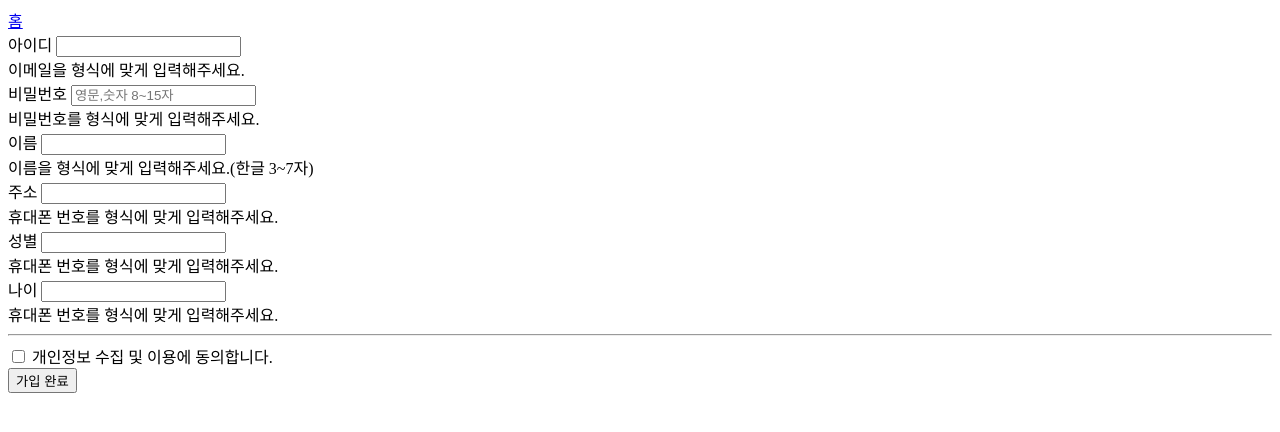
Repository: PacJ/spring_project
Page: http://localhost/spring_project/WEB-INF/views/user/signup.jsp
These files come from the project's save history. The page is drawn as it stood at one moment and after the next save; the edit follows.
The browser window is 1280 px wide. The pictures show the whole page.
The page is served by Tomcat 9. Nobody is signed in. The template is opened directly, without the code that normally fills it, so the values that code supplies are empty.

Above is the page before, as saved 2023-03-02 05:28:09.

After the next save:
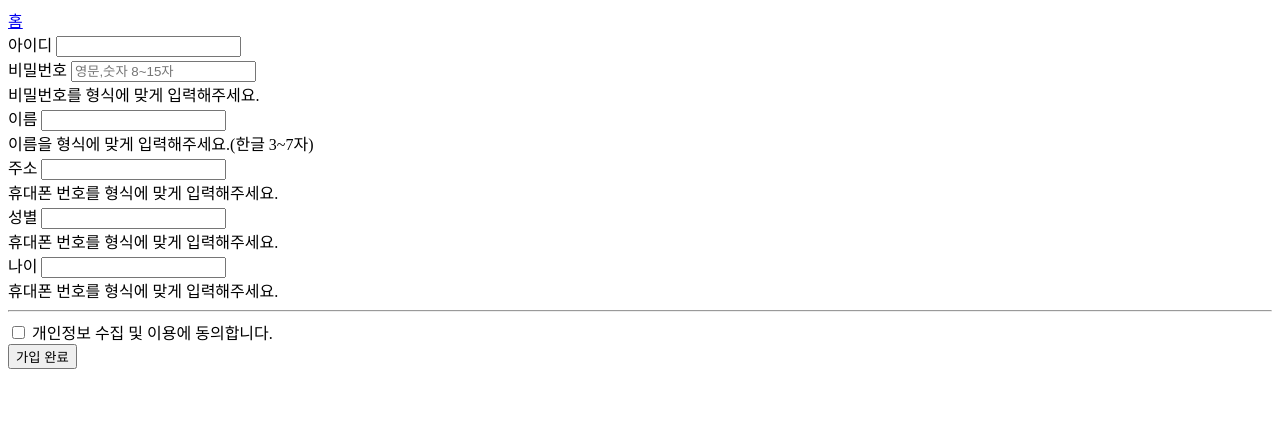
Saved 43 s later.
--- a/spring_project/src/main/webapp/WEB-INF/views/user/signup.jsp
+++ b/spring_project/src/main/webapp/WEB-INF/views/user/signup.jsp
@@ -14,7 +14,7 @@
 	            		pattern="[A-Za-z0-9_]+[A-Za-z0-9]*[@]{1}[A-Za-z0-9]+[A-Za-z0-9]*[.]{1}[A-Za-z]{1,3}"
 	            		placeholder="" required>
 	            <div class="invalid-feedback">
-	              이메일을 형식에 맞게 입력해주세요.
+
 	            </div>
 	          </div>
 
